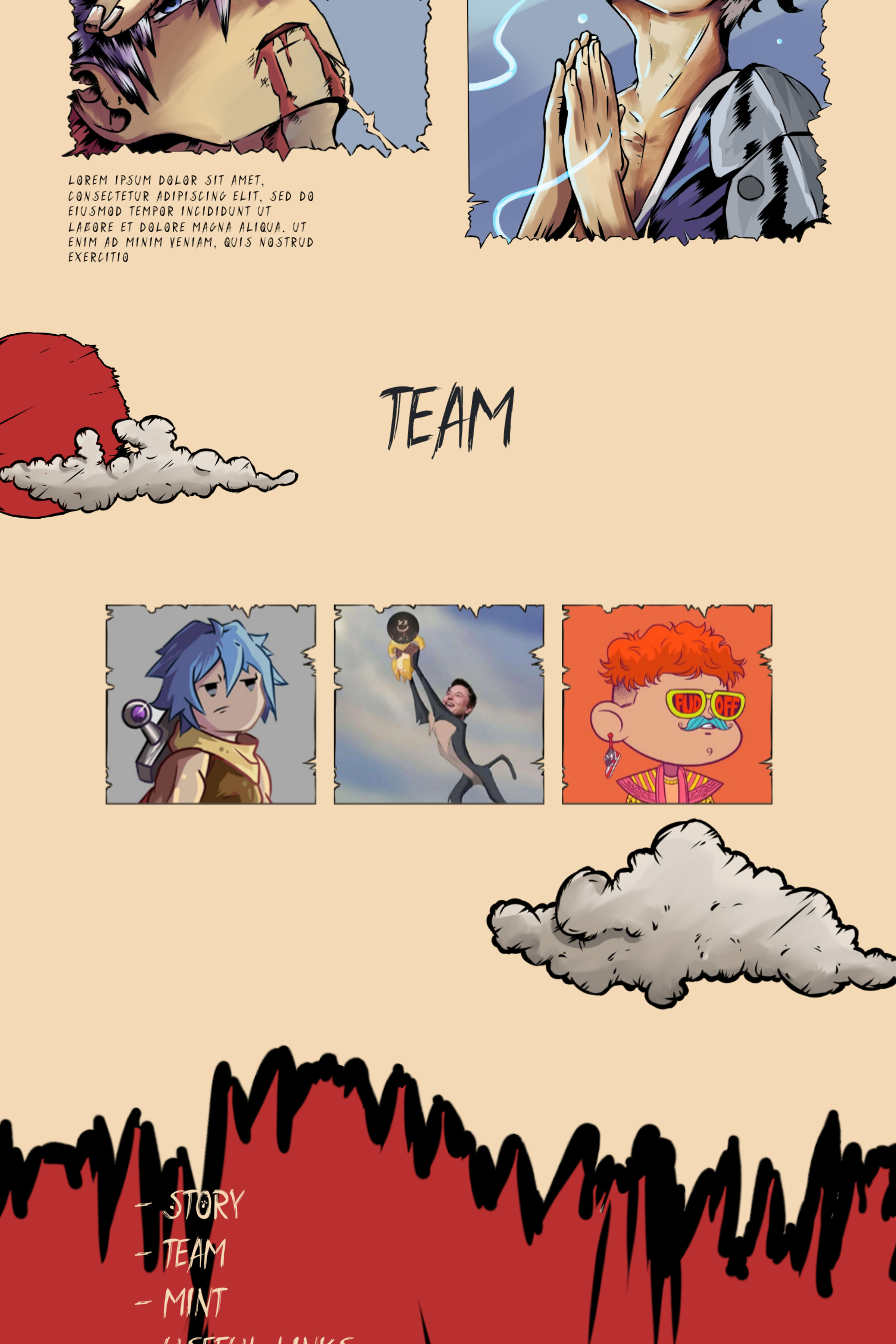
Repository: abzStudio/Kabuto-Web-notCompeleted
Page: index.html
The author's editor kept a copy of each file at every save. The page is drawn from the files as they stood at one save, then again after the next save.
The browser window is 1280 px wide. The pictures show the part of the page from y = 2554 to 4474 px (the page is 4675 px tall before and 4719 px after), at 70% of full size.
Some web libraries are served in a nearby version.

Above is the page before, as saved 2023-03-16 03:02:41.

### index.html
<!doctype html>
<html lang="en">
  <head>
    <meta charset="utf-8">
    <meta name="viewport" content="width=device-width, initial-scale=1">
    <title>kabuto</title>
    <link rel="icon" type="image/x-icon" href="asset/images/favicon.ico">
    <link rel="stylesheet" href="asset/style.css">
    <link href="https://cdn.jsdelivr.net/npm/bootstrap@5.2.3/dist/css/bootstrap.min.css" rel="stylesheet" integrity="sha384-rbsA2VBKQhggwzxH7pPCaAqO46MgnOM80zW1RWuH61DGLwZJEdK2Kadq2F9CUG65" crossorigin="anonymous">
  <meta http-equiv="Content-Security-Policy" content="block-all-mixed-content">
  </head>

  <body><script src="https://code.jquery.com/jquery-1.10.1.min.js"></script>

    <script src="https://cdn.jsdelivr.net/npm/bootstrap@5.2.3/dist/js/bootstrap.bundle.min.js" integrity="sha384-kenU1KFdBIe4zVF0s0G1M5b4hcpxyD9F7jL+jjXkk+Q2h455rYXK/7HAuoJl+0I4" crossorigin="anonymous"></script>
<!-- New Nav Bar -->
<button class="toggle-overlay menu-btn"></button>
<aside>
    <div class="outer-close toggle-overlay">
      <a class="close"><span></span></a>
    </div>

    <nav>
        <div id="pot">  <img src="asset/images/heroimage.png" class="menu_img fade-lefts" alt="cloud"></div>
        <div class="social_icons">
            <ul class="icons_ul">
               <li><a href= ""><img href= "" src="asset/images/icons/discord.png" class="iconset" alt="icon"></a></li>
              <li><a href= "https://twitter.com/KabutoNFT"><img src="asset/images/icons/twitter.png" class="iconset" alt="icon"></a></li>
          <!--
                <li><img href= "" src="asset/images/icons/opensea.png" class="iconset" alt="icon"></li>
                <li><img href= "" src="asset/images/icons/blur.png" class="iconset" alt="icon"></li>
                <li><img href= "" src="asset/images/icons/discord.png" class="iconset" alt="icon"></li>
                <li><img href= "" src="asset/images/icons/looks.png" class="iconset" alt="icon"></li>
                <li><img href= "" src="asset/images/icons/first.png" class="iconset" alt="icon"></li>
                <li><img href= "" src="asset/images/icons/twitter.png" class="iconset" alt="icon"></li>
                <li><img href= "" src="asset/images/icons/web.png" class="iconset" alt="icon"></li>
                <li><img href= "" src="asset/images/icons/x2y2.png" class="iconset" alt="icon"></li>
                <li><img href= "" src="asset/images/icons/etherscan.png" class="iconset" alt="icon"></li>   -->
            </ul>
        </div>
        <ul class="pointshead">
            <li><a class="js-anchor-link down" href="#story_section">- Story</a></li>
            <li><a class="js-anchor-link down" href="#team_section">- Team</a></li>
            <li><a class="js-anchor-link down" href="#">- Mint</a></li>
            <li><a class="js-anchor-link down" href="#footer_section">- Useful Links</a></li>
      </ul>
    </nav>
  </aside>
<!-- end -->

    <section class="hero-section sec_ani">
    <div class="container-fluid reveal">
        <div class="row">
            <div class="col-md-12 hero_col">
                <!-- <button type="button" class="btn btn-infos btn_custom">Utility</button> -->
            </div>
        </div>
    </div>
</section>
<section id="story_section" class="section_story text-center sec_ani">
    <div class="container-fluid">
        <div class="row reveal fade-top">
            <div class="col-md-4 iamge_ad">
                <img src="asset/images/cloud.png" class="cloud_c" alt="cloud">
            </div>
            <div class="col-md-4 story_col end_col">
                <h1 class="">Story</h1>
            </div>
            <div class="col-md-4 iamge_ad">
                <img src="asset/images/tree.png" class="tree_c" alt="trees">
            </div>
            </div>
            </div>
            <div class="container container_stry">
            <div class="row row_story_end reveal fade-bottom adj_row ">
            <div class="col-md-6 story_img">
                <img src="asset/images/story_1.png" alt="Story one">
            </div>
            <div class="col-md-6 story_img">
                <img src="asset/images/story_2.png" class="story_two" alt="Story two">
              <div class="div_text">
                          <p class="text_p"> Looking down on him, I dont feel any remorse, its almost like I enjoyed the moment. Striking my blade through his chest. It felt awkwardly good... I guess it was the culmination of everything that had happened. The culmination of my training, my efforts, my life.  He used to dream of being a king, but now he knows that was never his destiny.</p>
</div>
            </div>
        </div>
        <div class="row reveal fade-left" >
            <div class="col-md-12 story_img">
                <img src="asset/images/story_3.png" class="story_three" alt="Story three">
            </div>
            </div>
            <div class="row row_story_end reveal fade-right last_set">
                <div class="col-md-6 story_img">
                    <img src="asset/images/story_4.png" class="image_star" alt="Story four">
                    <div class="div_texts">
                        <p class="text_p">Lorem ipsum dolor sit amet, <br/> consectetur adipiscing elit, sed do <br/> eiusmod tempor incididunt ut <br/> labore et dolore magna aliqua. Ut<br/>
                             enim ad minim veniam, quis nostrud <br/>exercitio</p>
        </div>
                </div>
                <div class="col-md-6 story_img">
                    <img src="asset/images/story_5.png" alt="Story five">

                </div>
            </div>
    </div>
</section>
<section id="team_section" class="section_story text-center sec_ani">
    <div class="container-fluid reveal fade-bottom">
        <div class="row reveal fade-top">
            <div class="col-md-4 iamge_ad">
                <img src="asset/images/suncloud.png" class="cloud_c" alt="cloud">
            </div>
            <div class="col-md-4 story_col teamhead end_col">
                <h1 class="">Team</h1>
            </div>
            <div class="col-md-4 iamge_ad">
            </div>
            </div>
            <div class="row reveal fade-left">
              <div class="contan_images">
                <div class="box">
                  <div class="imgBx">
                    <img src="asset/images/Bileth.png">
                  </div>
                  <div class="content">
                    <div class="contentset">
                      <a href="https://twitter.com/bilethh" target="_blank" rel="noopener noreferrer">          <h2>Bileth</h2> </a>
                      <p>Founder</p>
                    </div>
                  </div>
                </div>
                <div class="box">
                  <div class="imgBx">
                    <img src="asset/images/Budguy.png">
                  </div>
                  <div class="content">
                    <div class="contentset">
                      <a href="https://twitter.com/TRomail" target="_blank" rel="noopener noreferrer">        <h2>Budguy</h2> </a>
                      <p>Co-Founder</p>
                    </div>
                  </div>
                </div>
                <div class="box">
               <div class="imgBx">
                 <img src="asset/images/smshayan.png">
                  </div>
                  <div class="content">
                    <div class="contentset">
                      <a href="https://twitter.com/smshayan_eth" target="_blank" rel="noopener noreferrer">   <h2>Smshayan</h2>  </a>
                      <p>Developer</p>
                    </p>
                    </div>
                  </div>
                </div>

              </div>
                </div>

            </div>



        </section>

      <section id="footer_section" class="section_story text-center sec_ani">
          <div class="container-fluid footer_head">
            <div class="row reveal">
              <div class="col-md-12 iamge_ad">
                  <img src="asset/images/cloudredbg.png" class="cloud_c" alt="cloud">
              </div>
            </div>
        </div>
        <div class="container-fluid footer_head section_footer">
              <div class="row">
                <div class="col-sm-12 col-md-12 col-lg-12">
                  <ul>
                    <li><a class="js-anchor-link" href="#story_section">- Story</a></li>
                    <li><a class="js-anchor-link" href="#team_section">- Team</a></li>
                    <li><a class="js-anchor-link" href="#">- Mint</a></li>
                    <li><a class="js-anchor-link" href="#">- Useful Links</a></li>
              </ul>
                </div>
              </div>
              <div class="row rowicon">
                <div class="col-sm-12 col-md-12 col-lg-12 fend">
                  <div class="social_icons iconmob">
                    <ul class="icons_ul">
                      <li><a href=""><img href= "" src="asset/images/icons/discord.png" class="iconset" alt="icon">
                     </a></li>
                      <li><a href="https://twitter.com/KabutoNFT"><img src="asset/images/icons/twitter.png" class="iconset" alt="icon">
                      </a></li>

                      <!--  <li><img href= "" src="asset/images/icons/opensea.png" class="iconset" alt="icon"></li>
                        <li><img href= "" src="asset/images/icons/blur.png" class="iconset" alt="icon"></li>
                        <li><img href= "" src="asset/images/icons/discord.png" class="iconset" alt="icon"></li>
                        <li><img href= "" src="asset/images/icons/looks.png" class="iconset" alt="icon"></li>
                        <li><img href= "" src="asset/images/icons/first.png" class="iconset" alt="icon"></li>
                        <li><img href= "" src="asset/images/icons/web.png" class="iconset" alt="icon"></li>
                        <li><img href= "" src="asset/images/icons/x2y2.png" class="iconset" alt="icon"></li>
                        <li><img href= "" src="asset/images/icons/etherscan.png" class="iconset" alt="icon"></li> -->
                    </ul>
                </div>

                </div>
              </div>

        </div>
      </section>
</body>

<div class="loader"> <h1>Loading...</h1></div>


<script>
 jQuery($ => {
  $(window).on('load', () => {
    setTimeout(() => {
      $('.loader').fadeOut('fast', function() {
        $(this).remove();
      });
    }, 3000);
  });
});
    function reveal() {
  var reveals = document.querySelectorAll(".reveal");

  for (var i = 0; i < reveals.length; i++) {
    var windowHeight = window.innerHeight;
    var elementTop = reveals[i].getBoundingClientRect().top;
    var elementVisible = 150;

    if (elementTop < windowHeight - elementVisible) {
      reveals[i].classList.add("active");
    } else {
      reveals[i].classList.remove("active");
    }
  }
}

window.addEventListener("scroll", reveal);
$('aside ul li a').on('click', function(){
    $("aside").hide();
    $("aside").removeClass("open");
     $("aside").addClass("open");

});
// $('.js-anchor-link').click(function(e){
//   e.preventDefault();

//   var target = $($(this).attr('href'));
//   if(target.length){
//     var scrollTo = target.offset().top;
//     $('body, html').animate({scrollTop: scrollTo+'px'}, 1000);
//   }
// });
$('.js-anchor-link').click(function(){
  var target = $($(this).attr('href'));
 if(target.length){
  var scrollTo = target.offset().top;
    $("html, body").animate({ scrollTop: scrollTo+'px' }, 3000);
    return false;
  }

});
window.addEventListener("scroll", reveal);
$(function() {
    $('.toggle-overlay').click(function() {
      $('aside').toggleClass('open');
    });
    $('aside nav li a').click(function() {
      $('aside').toggleClass('open');
    });
  });

</script>
</html>

Loaded but not shown: asset/style.css (803 lines, source omitted)

After the next save:
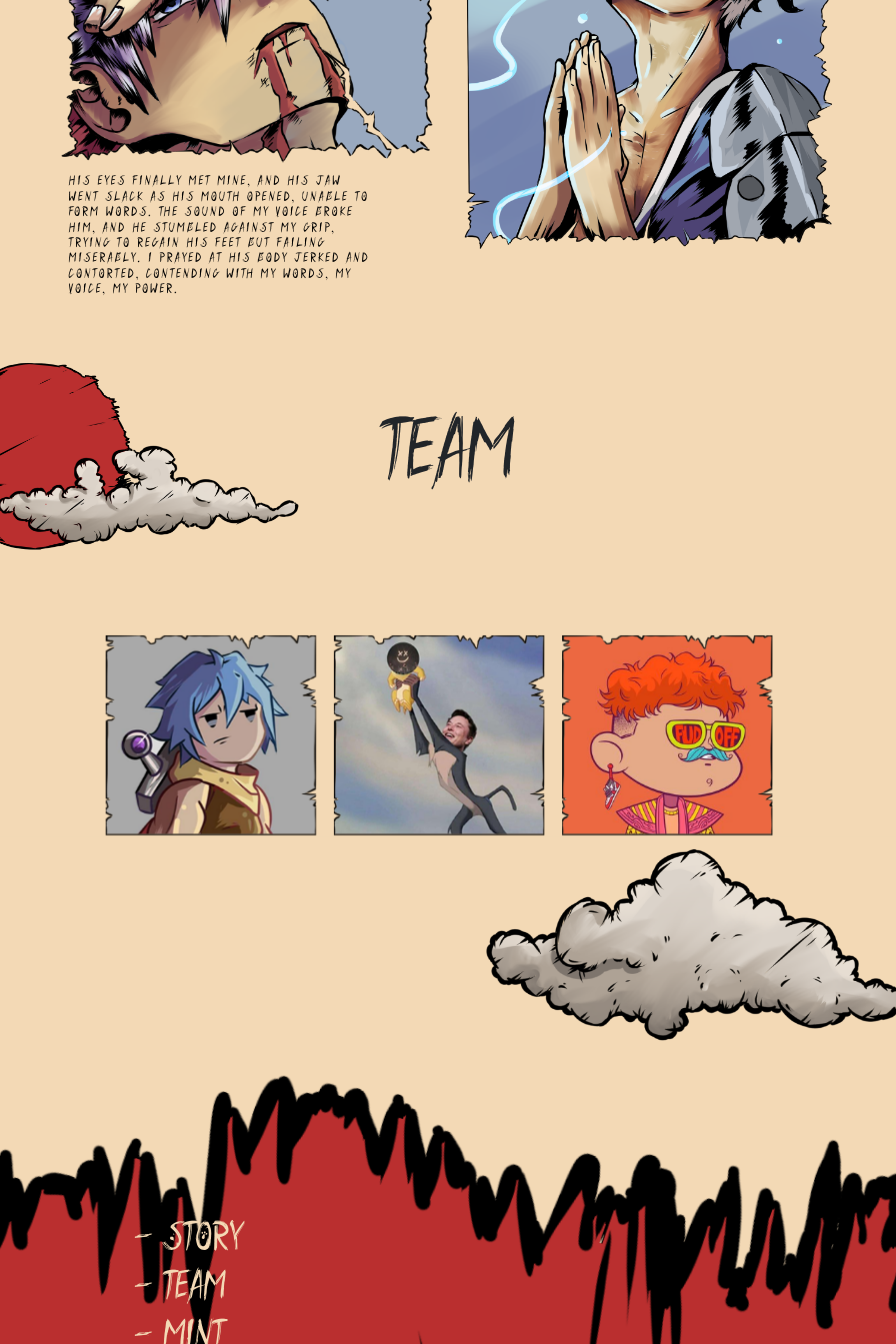
Saved 47 s later.
--- a/index.html
+++ b/index.html
@@ -92,8 +92,7 @@
                 <div class="col-md-6 story_img">
                     <img src="asset/images/story_4.png" class="image_star" alt="Story four">
                     <div class="div_texts">
-                        <p class="text_p">Lorem ipsum dolor sit amet, <br/> consectetur adipiscing elit, sed do <br/> eiusmod tempor incididunt ut <br/> labore et dolore magna aliqua. Ut<br/>
-                             enim ad minim veniam, quis nostrud <br/>exercitio</p>
+                        <p class="text_p">His eyes finally met mine, and his jaw went slack as his mouth opened, unable to form words. The sound of my voice broke him, and he stumbled against my grip, trying to regain his feet but failing miserably. I prayed at  his body jerked and contorted, contending with my words, my voice, my power.</p>
         </div>
                 </div>
                 <div class="col-md-6 story_img">
